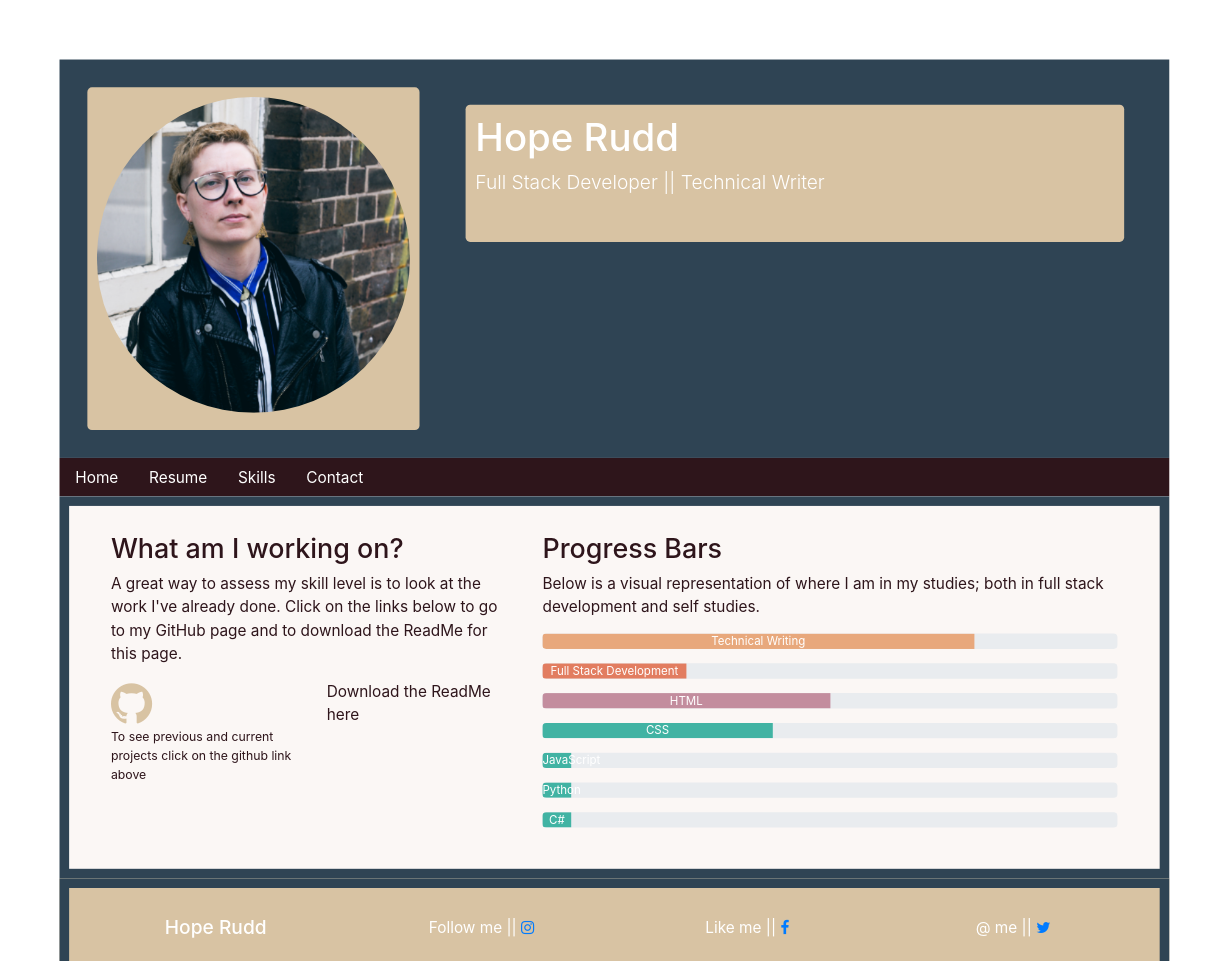
Repository: BleakTerrain/MilestoneProject-
Page: skills.html
The author's editor kept a record of every edit. The page is drawn from the files as they stood at one moment, then again after the next edit.
The browser window is 1280 px wide. The pictures show the whole page, at 96% of full size.
The pointer rests on the first visible `.skills-link`.
Some web libraries are served in a nearby version.

Above is the page before.

### skills.html
<html>

<head>
  <!-- Copied from UCB Resume code institue project -->

  <meta charset="UTF-8">
  <meta name="viewport" content="width=device-width, initial-scale=1.0">
  <meta http-equiv="X-UA-Compatible" content="ie=edge">
  <link rel="stylesheet" href="https://maxcdn.bootstrapcdn.com/bootstrap/4.2.1/css/bootstrap.min.css" type="text/css" />
  <link rel="stylesheet" href="https://maxcdn.bootstrapcdn.com/font-awesome/4.7.0/css/font-awesome.min.css" type="text/css" />
  <link rel="stylesheet" href="https://cdnjs.cloudflare.com/ajax/libs/hover.css/2.3.1/css/hover-min.css" type="text/css" />
  <link rel="stylesheet" href="assets/CSS/stylesheet.css" type="text/css" />
  <!-- Copied initial links end -->

  <title> Personal Portfolio</title>
</head>
<header>



</header>

<body>
<div class="intro-container">

 <!-------------------------Intro cards Started----------------------->
      <div class="row">
        <div class= "col-sm-4">
            <section class="jumbotron introtron">
          <img class="intro-image " src="BackgroundCodeInstitute.jpg" alt="Image not found">
           </div>
               <div class="col-sm-8">
                 <div class="jumbotron name-card">
                <h1>Hope Rudd</h1>
                 <p class="lead ">Full Stack Developer || Technical Writer </p>
                 </div>
        </section>
        </div>

      </div>
    </div>

</div>
<!-------------------------------Intro cards finished-------------------------------->
<!-------------------------------Nav bar started-------------------------------->
<!-- inspired by example at https://www.w3schools.com/bootstrap4/bootstrap_navs.asp -->
<ul class = " nav navbar-default">
            <li class="nav-item">
              <a class="nav-link" href="index.html">Home</a>
            </li>
            <li class="nav-item">
              <a class="nav-link" href="resume.html">Resume</a>
            </li>
            <li class="nav-item">
              <a class="nav-link" href="skills.html">Skills</a>
            </li>
            <li class="nav-item">
              <a class="nav-link" href="contact.html">Contact</a>
            </li>
          </ul>
<!-------------------------------Nav bar finished-------------------------------->
<!-------------------------------Bulk text started------------------------------->
    <section class="main-text container-fluid">
<div class="row skills-text-box">
  <div class="col-sm-5">
    <h3> What am I working on?</h3>
    <p>A great way to assess my skill level is to look at the work I've already done. Click on the links below to go to my GitHub page and to download the ReadMe for this page. </p>
    <div class="row">
        <div class="col-sm-6">
<a href = "https://github.com/BleakTerrain" target= "blank"> <i class= "fa fa-github skills-link"></i></a>
    <p><small>To see previous and current projects click on the github link above</small> </p>
      </div>
      <div class="col-sm-6">
          <p>Download the ReadMe here</p>
      </div>
      </div>
  </div>
  <div class="col-sm-7">
  <h3> Progress Bars </h3>
  <p> Below is a visual representation of where I am in my studies; both in full stack development and self studies. </p>
   <div class="progress skillsbar-main">
                <div class="progress-bar tech-writing " role="progressbar" aria-valuenow="40"
  aria-valuemin="0" aria-valuemax="100" style="width:75%">
  Technical Writing
  </div>
           </div>
            <div class="progress skillsbar-main">
                <div class="progress-bar full-stack " role="progressbar" aria-valuenow="40"
  aria-valuemin="0" aria-valuemax="100" style="width:25%">
  Full Stack Development
  </div>
           </div>
             <div class="progress skillsbar-main">
                <div class="progress-bar html" role="progressbar" aria-valuenow="40"
  aria-valuemin="0" aria-valuemax="100" style="width:50%">
  HTML
  </div>
           </div>
                <div class="progress skillsbar-main">
                <div class="progress-bar css" role="progressbar" aria-valuenow="40"
  aria-valuemin="0" aria-valuemax="100" style="width: 40%">
  CSS
  </div>
  </div>
                  <div class="progress skillsbar-main">
                <div class="progress-bar css" role="progressbar" aria-valuenow="40"
  aria-valuemin="0" aria-valuemax="100" style="width: 5%">
  JavaScript
  </div>
  </div>
              <div class="progress skillsbar-main">
                <div class="progress-bar css" role="progressbar" aria-valuenow="40"
  aria-valuemin="0" aria-valuemax="100" style="width: 5%">
  Python
  </div>
  </div>
          <div class="progress skillsbar-main">
                <div class="progress-bar css" role="progressbar" aria-valuenow="40"
  aria-valuemin="0" aria-valuemax="100" style="width: 5%">
 C#
  </div>
           </div>
  </div>
</div>

    </section>
    </body>
<!-------------------------------Bulk text finished------------------------------->
<!-------------------------------Footer Begins------------------------------------>


<footer class="footer container-fluid">
<div class="row">
<div class="col-sm-3 footer-item">
  <h5>  Hope Rudd  </h5>
  </div>
  <div class="col-sm-3 footer-item">
      <p>Follow me || <a href = "#"> <i class="fa fa-instagram aria-hidden=true"></i></a></p>
  <span class = "sr-only">Instagram link</span>
  </div>
  <div class="col-sm-3 footer-item">
      <p> Like me || <a href = "#"> <i class="fa fa-facebook aria-hidden=true"></i></a></p>
  <span class = "sr-only">Facebook Link</span>
  </div>
    <div class="col-sm-3 footer-item">
      <p>@ me || <a href = "#"> <i class="fa fa-twitter aria-hidden=true"></i></a></p>
  <span class = "sr-only">Twitter Link</span>
  </div>
</footer>

</html>

### assets/CSS/stylesheet.css

/* Main background taken from bootstraps basics project*/
/* General theme inspiration from : https://visme.co/blog/website-color-schemes/ */

body, html {
  height: 100%;
  margin: 2.5%;
}
/* -----------------------------------Intro bar---------------*/

.intro-container
{
padding:2.5%;
background-color: #2f4454;
}
.jumbotron
{
  margin:2.5%;
 padding: 10px;
 text-align: center;
  background-color: #D8C3A3;
  color:#fff;

}
.jumbotron-header
{
  font-size:500%;

}

.introtron
{
  margin:0;
min-height: 40%;
}

.intro-image {
  padding-bottom: 2.5%;
    width: 100%;
    background-position: center;
    background-repeat: no-repeat;
    transition: all .5s ease-in-out;
    -moz-transition: all .5s ease-in-out;
    -webkit-transition: all .5s ease-in-out;
  border-radius: 50%;
  display:inline-block;
}

.contact-card
{

  text-align: left;
  height:40%;
}
.name-card
{
  text-align:left;
  font-size: x-large;
  height:40%;
}
/*-----------------------------SkillsBar-------------------*/
.skill-bars
{
 width: 100%;
 border: solid 10px #41B3A3 ;
 padding: 2.5%;
}
.progress-index
{
  margin-bottom:5%;
}
.full-stack
{
  background-color: #E27D60;
}
.tech-writing
{
  background-color: #e8a87c;
}
.html
{
  background-color: #C38D9E;
}
.css
{
  background-color: #41B3A3;
}
/*----------------------------------Nav-----------------------*/
/* There are nav-item classes per nav items because I had different plans - these got changed but I'm keeping them just incase */
.nav
{

  text-align: center;
  background-color: #2E151B;

}
.nav-link
{
  color:#fff;
}
.nav-link:hover
{
  background-color:#eed2dc ;
  color:#2E151B;
}
.nav-item-resume
{
  background-color: #D8C3A3;
}
.nav-item-skills
{
  background-color: #D8C3A3;
}
.nav-item-contact
{
  background-color: #D8C3A3;
}
/*-----------------------------Main-Text-------------------*/
.main-text
{
  background-color: #2f4454;
}

.main-text-box
{
  border: solid 10px #2f4454;
  background-color: #2f4454;
  color: #fff;
}
.other-image-background
{
border: solid 10px #2f4454;
 margin:0;
}
.other-image {

width: 100%;
  display:block;

}

.resume-main-text,
.skills-text-box
{
  color:#2E151B;
  background-color:#fbf7f5 ;
  border: solid 10px #2f4454;
  padding:2.5% ;
}

.resume-image
{
  max-height: 50%;
   margin-top: 2.5%;
    padding-bottom: 2.5%;
    width: 100%;
    background-repeat: no-repeat;
  display:inline-block;
}

.skillsbar-main
{
margin-bottom: 2.5%;
}

.skills-link
{
font-size: 50px;
color: #D8C3A3;
}

.skills-link:hover
{


}


/*-----------------------------Timeline-------------------*/
/*-- Influenced by http://www.prepbootstrap.com/bootstrap-template/timeline ---*/
.timeline {
  list-style: none;
  padding: 10px 0 10px;
  position: relative;

}
.timeline:before {
  top: 0;
  bottom: 0;
  position: absolute;
  content: " ";
  width: 3px;
  background-color: #2f4454 ;
  left: 10px;
  margin-left:-2px;
}
.timeline-item {
  margin-bottom: 10px;
  position: relative;
}

.timeline-item:before
.timeline-item:after {
  content: " ";
  display: table;
}

 .timeline-panel {
   background-color: #2f4454;
   color:#fff;
  width: 90%;
  float: center;
  border: 1px solid #d4d4d4;
  border-radius: 10px;
  padding: 10px;
  position: relative;
  margin-left: 35px;
}
.timeline-panel:before {
  position: absolute;
  display: block;
}
.timeline-panel:after {
  position: absolute;
  display: block;
}
 .timeline-badge {
  color:#2f4454 ;
  font-size: 30px;
  line-height: 25px;
  text-align: center;
  position: absolute;
  top: 16px;
  left: -7px;

}

/*------------------------------Footer---------------------*/
.footer
{ background-color: #D8C3A3;
color:#fff;
padding: 2.5%;
border: solid 10px #2f4454 ;
}
.footer-item
{
  text-align: center;
}
/*------------------------------MediaQueries-----------------*/

@media (max-width: 573)
{
  .name-card
{
height: 100%;
background-color: #E85a4f;
}


.contact-card
{
height: 100%;
background-color: #E98074;
}
}
.other-image
{
  height:100%;

}

After the next edit:
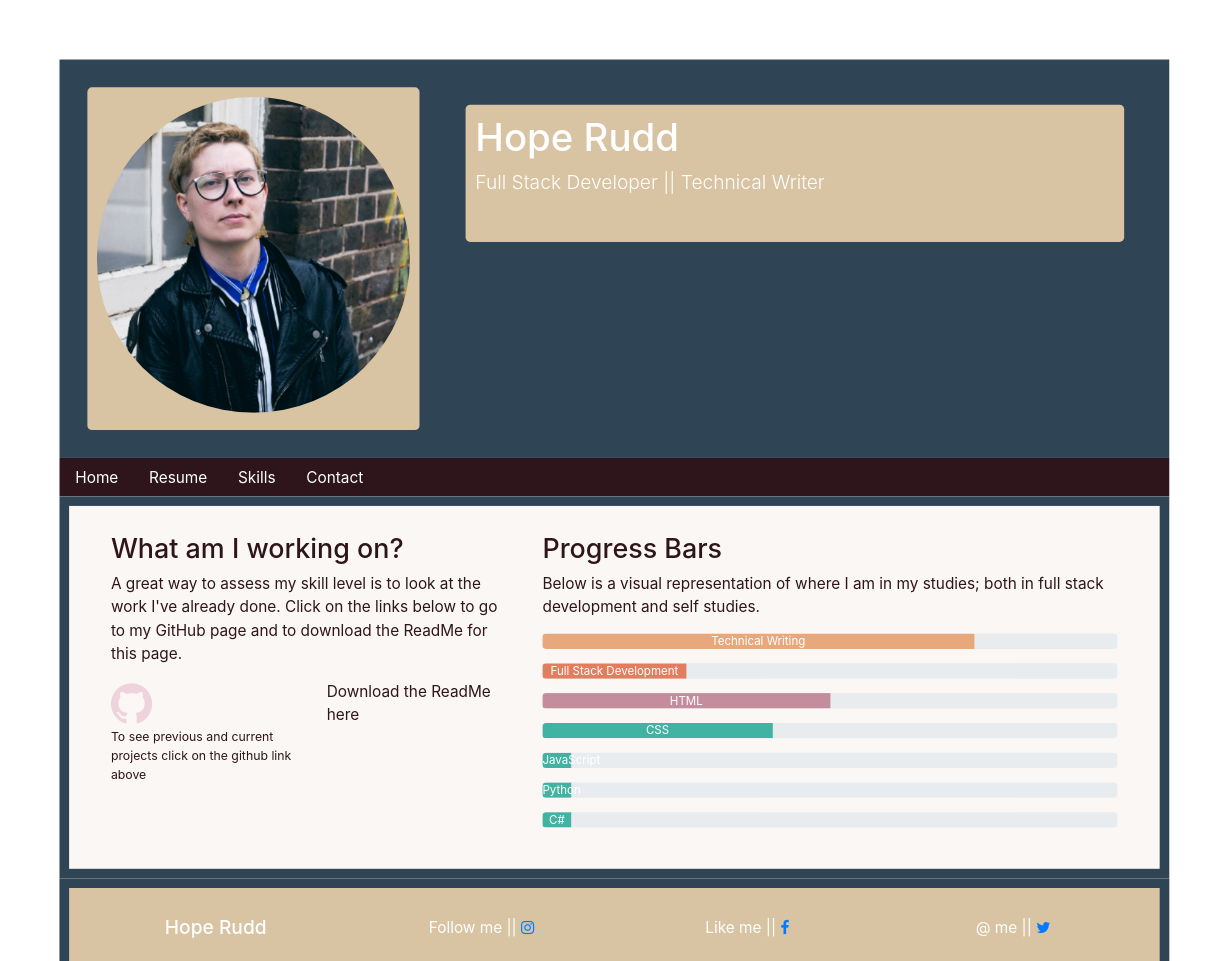
The edit:
--- a/assets/CSS/stylesheet.css
+++ b/assets/CSS/stylesheet.css
@@ -171,8 +171,7 @@
 
 .skills-link:hover
 {
-
-
+color:#eed2dc ;
 }
 
 
